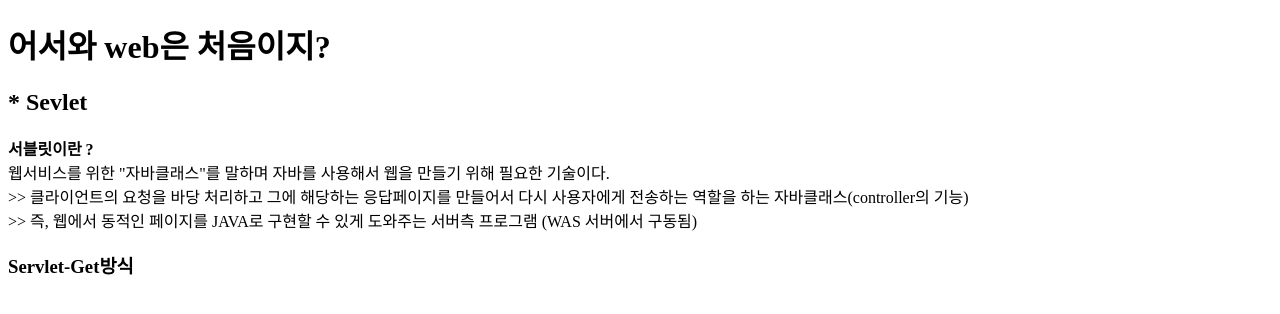
Repository: pje00427/webserver_workspace1
Page: 1_Servlet/WebContent/index.html
The author's editor kept a copy of each file at every save. The page is drawn from the files as they stood at one save, then again after the next save.
The browser window is 1280 px wide. The pictures show the whole page.

Above is the page before, as saved 2020-08-27 04:50:05.

### 1_Servlet/WebContent/index.html
<!DOCTYPE html> <!-- HTML5 문서 형식 선언 -->
<html>
<head>
<meta charset="UTF-8">
<title>Insert title here</title>
</head>
<body>
	<!-- http://localhost:8888/웹어플리케이션Context루트명
		위와 같은 url로 요청시 보여지는 메인페이지 == index.html
	 -->
	<h1>어서와 web은 처음이지?</h1>

	<h2>* Sevlet</h2>
	<p>
		<b>서블릿이란 ? </b><br>

		웹서비스를 위한 "자바클래스"를 말하며 자바를 사용해서 웹을 만들기 위해 필요한 기술이다. <br>
		>> 클라이언트의 요청을 바당 처리하고 그에 해당하는 응답페이지를 만들어서 다시 사용자에게 전송하는 역할을 하는 자바클래스(controller의 기능)<br>
		>> 즉, 웹에서 동적인 페이지를 JAVA로 구현할 수 있게 도와주는 서버측 프로그램 (WAS 서버에서 구동됨)

	</p>

	<h3><a>Servlet-Get방식</a></h3>

</body>
</html>

After the next save:
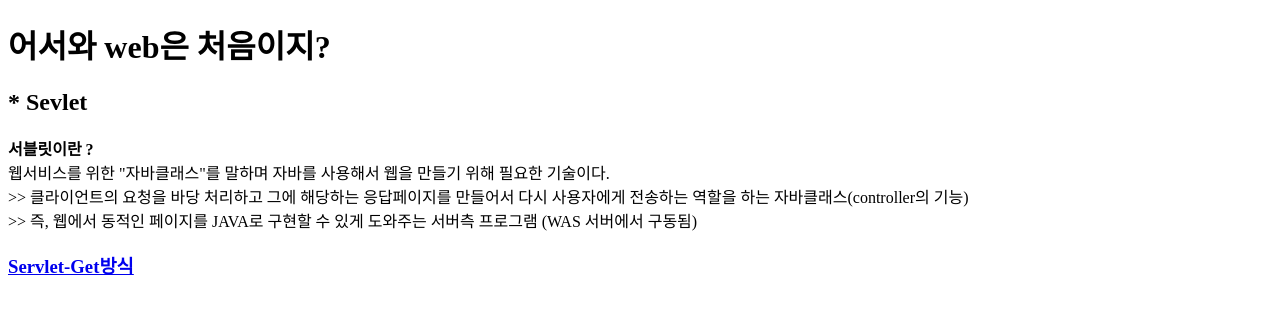
Saved 97 s later.
--- a/1_Servlet/WebContent/index.html
+++ b/1_Servlet/WebContent/index.html
@@ -20,7 +20,7 @@
 
 	</p>
 
-	<h3><a>Servlet-Get방식</a></h3>
+	<h3><a href="views/requestTest.GET.html">Servlet-Get방식</a></h3>
 
 </body>
 </html>
